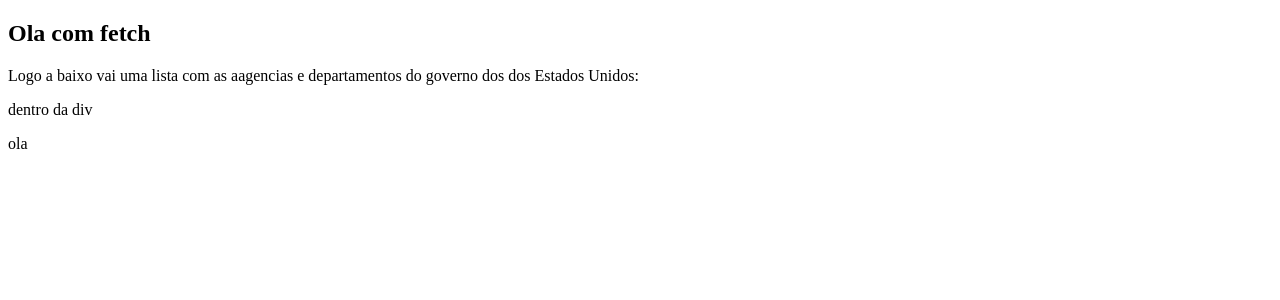
Repository: gustavo-eng/usaJobs
Page: index.html
An editor plug-in stored every save of this project. The page is shown before and after the next save, followed by the edit.
The browser window is 1280 px wide. The pictures show the whole page.
The page's requests for data from a server got no answer.

Above is the page before, as saved 2023-01-08 16:24:18.

### index.html
<!DOCTYPE html>
<html lang="en">
<head>
    <meta charset="UTF-8">
    <meta http-equiv="X-UA-Compatible" content="IE=edge">
    <meta name="viewport" content="width=device-width, initial-scale=1.0">
    <title>FrontEnd</title>
</head>
<body>
    <h2>Ola com fetch</h2>
    <p>Logo a baixo vai uma lista com as aagencias e departamentos do governo dos
        dos Estados Unidos:
    </p>
    <div>

    </div>
    <script>
        let a = []
            fetch('https://data.usajobs.gov/api/codelist/agencysubelements')
                .then(res => res.json())
                .then((dados) =>  {
                    const a = dados.CodeList[0].ValidValue
                    return console.log(dados.CodeList[0].ValidValue)
                })


        document.querySelector('div').innerHTML = 'dentro da div '
        const paragrafo = document.createElement("p")
        paragrafo.innerText = 'ola'
        document.body.append(paragrafo)






    </script>
</body>
</html>

After the next save:
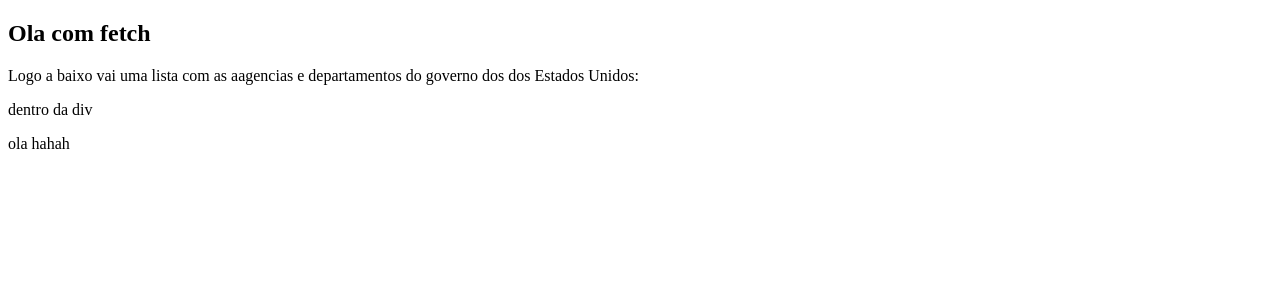
Saved 6 s later.
--- a/index.html
+++ b/index.html
@@ -26,7 +26,7 @@
 
         document.querySelector('div').innerHTML = 'dentro da div '
         const paragrafo = document.createElement("p")
-        paragrafo.innerText = 'ola'
+        paragrafo.innerText = 'ola hahah'
         document.body.append(paragrafo)
 
 
